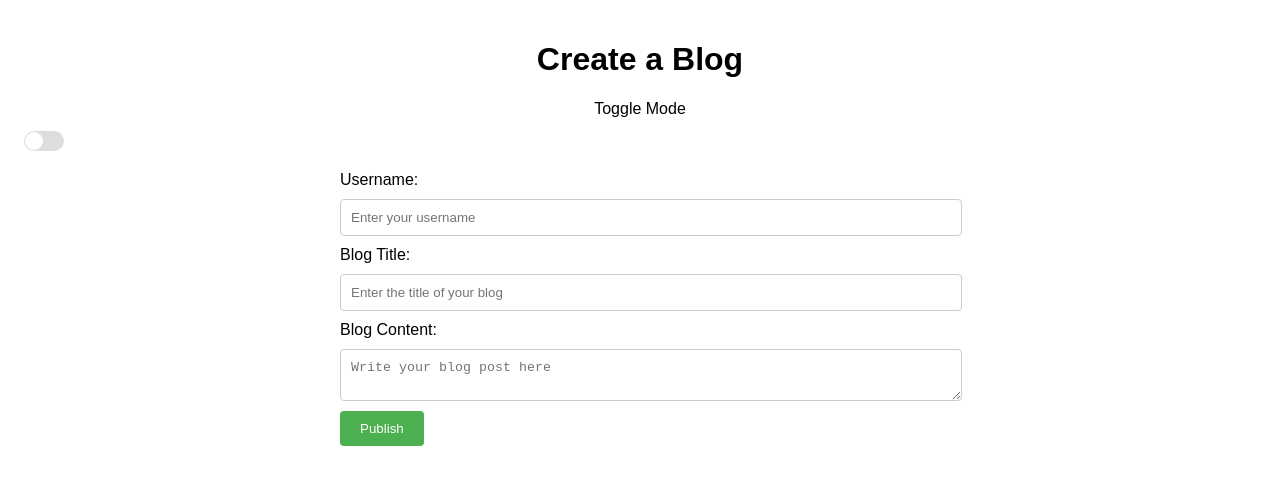
Repository: PaigeC001/WeatherOutlookTracker
Page: Challenge-4/index.html
The author's editor kept a copy of each file at every save. The page is drawn from the files as they stood at one save, then again after the next save.
The browser window is 1280 px wide. The pictures show the whole page.

Above is the page before, as saved 2024-06-25 00:40:04.

### Challenge-4/index.html
<!DOCTYPE html>
<html>
<head>
  <title>Blog Form</title>
  <link rel="stylesheet" type="text/css" href="styles.css">
</head>
<body>
  <h1>Create a Blog</h1>
  <div class="toggle-container">
    <label for="toggle">Toggle Mode</label>
    <input type="checkbox" id="toggle">
  </div>
  <form>
    <label for="username">Username:</label>
    <input type="text" id="username" placeholder="Enter your username" required>

    <label for="title">Blog Title:</label>
    <input type="text" id="title" placeholder="Enter the title of your blog" required>

    <label for="content">Blog Content:</label>
    <textarea id="content" placeholder="Write your blog post here" required></textarea>

    <button type="submit">Publish</button>
  </form>
  <script src="script.js"></script>
</body>
</html>

### Challenge-4/styles.css
body {
  font-family: Arial, sans-serif;
  margin: 0;
  padding: 20px;
}

h1 {
  text-align: center;
}

form {
  max-width: 600px;
  margin: 0 auto;
}

label,
input,
textarea {
  display: block;
  width: 100%;
  margin-bottom: 10px;
}

input[type="text"],
textarea {
  padding: 10px;
  border: 1px solid #ccc;
  border-radius: 4px;
}

button {
  padding: 10px 20px;
  background-color: #4caf50;
  color: #fff;
  border: none;
  border-radius: 4px;
  cursor: pointer;
}

button:hover {
  background-color: #45a049;
}

/* ... existing styles ... */

/* Toggle styles */
.toggle-container {
    text-align: center;
    margin-bottom: 20px;
  }

  .toggle-container label {
    display: inline-block;
    margin-right: 5px;
  }

  .toggle-container input[type="checkbox"] {
    position: relative;
    width: 40px;
    height: 20px;
    appearance: none;
    -webkit-appearance: none;
    background-color: #ddd;
    outline: none;
    border-radius: 10px;
    cursor: pointer;
  }

  .toggle-container input[type="checkbox"]:before {
    content: '';
    position: absolute;
    top: 1px;
    left: 1px;
    width: 18px;
    height: 18px;
    border-radius: 50%;
    background-color: #fff;
    transition: transform 0.3s ease;
  }

  .toggle-container input[type="checkbox"]:checked:before {
    transform: translateX(20px);
  }

### Challenge-4/script.js
const form = document.querySelector('form');

form.addEventListener('submit', function(event) {
  event.preventDefault();

  const username = document.getElementById('username').value;
  const title = document.getElementById('title').value;
  const content = document.getElementById('content').value;

  console.log('Username:', username);
  console.log('Title:', title);
  console.log('Content:', content);

const toggle = document.getElementById('toggle');
const body = document.body;

toggle.addEventListener('change', function() {
  body.classList.toggle('dark-mode');
});
});

After the next save:
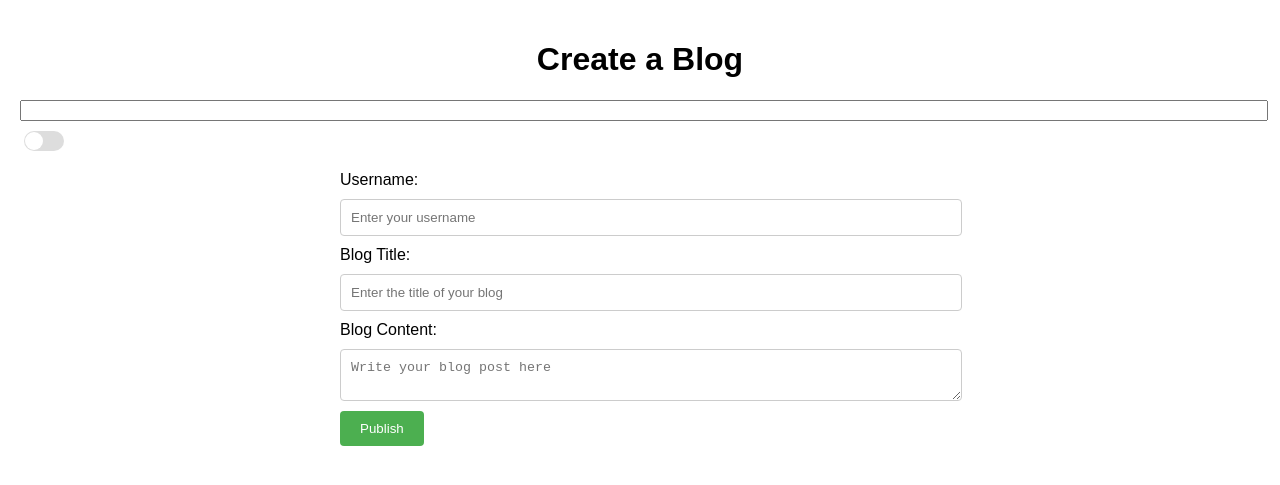
Saved 7 min 59 s later.
--- a/Challenge-4/index.html
+++ b/Challenge-4/index.html
@@ -7,7 +7,7 @@
 <body>
   <h1>Create a Blog</h1>
   <div class="toggle-container">
-    <label for="toggle">Toggle Mode</label>
+    <input type=""checkbox" id="toggle">
     <input type="checkbox" id="toggle">
   </div>
   <form>
